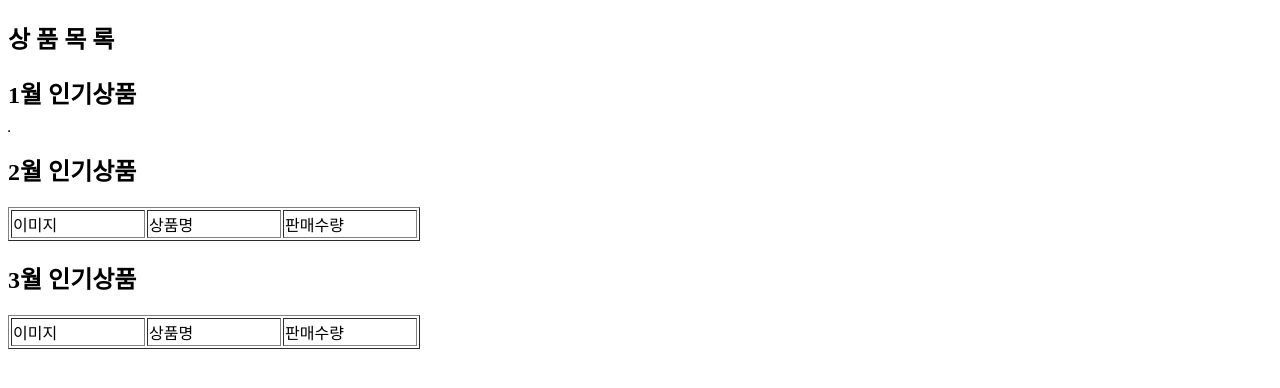
Repository: odasd/jsp
Page: http://localhost/semi/record/record3.jsp
These files come from the project's save history. The page is drawn as it stood at one moment and after the next save; the edit follows.
The browser window is 1280 px wide. The pictures show the whole page.
Some web libraries are served in a nearby version. The page is served by Tomcat 9. Other server files are loaded and not shown. Queries for data that is not in the repository find no rows.

Above is the page before, as saved 2020-06-17 08:53:31.

### semi/WebContent/record/record3.jsp
<%@ page language="java" contentType="text/html; charset=UTF-8"  pageEncoding="UTF-8"%>


<!DOCTYPE html>
<html>
<head>
	<meta charset="UTF-8">
	<title>히히호호</title>
	<script src="http://code.jquery.com/jquery-3.1.1.min.js"></script>
	<script src="https://cdnjs.cloudflare.com/ajax/libs/handlebars.js/3.0.1/handlebars.js"></script>
</head>
<body>
   <div id="divPage">
      <div id="divMenu"></div>
      <div id="divHeader">
         <h2>상 품 목 록</h2>
      </div>
      <div id="haha">
       <h2>1월 인기상품</h2>
       <table id="tbl1" border=1></table>
         <script id="temp1" type="text/x-handlebars-template">
         {{#each array}}
				<div class="box">
					<div class="image"><img src="{{printImage image}}"></div>
					<div class="prod_id">{{productname}}</div>
					<div class="prod_name">{{sold_quantity}}</div>
				</div>
			{{/each}}
      </script>
       <h2>2월 인기상품</h2>
      <table id="tbl2" border=1></table>
         <script id="temp2" type="text/x-handlebars-template">
          <tr class="title">
			<td width=130>이미지</td>
            <td width=130>상품명</td>
            <td width=130>판매수량</td>
          </tr>
         {{#each array}}
          <tr class="row">
			<td><img src="{{printImage image}}"></td>
			<td class="product">{{product_name}}</td>
            <td class="quantity">{{sold_quantity}}</td>
           </tr>
           {{/each}}
      </script>

      <h2>3월 인기상품</h2>
      <table id="tbl3" border=1></table>
         <script id="temp3" type="text/x-handlebars-template">
          <tr class="title">
			<td width=130>이미지</td>
            <td width=130>상품명</td>
            <td width=130>판매수량</td>
          </tr>
         {{#each array}}
          <tr class="row">
			<td><img src="{{printImage image}}"></td>
			<td class="product">{{product_name}}</td>
            <td class="quantity">{{sold_quantity}}</td>
           </tr>
           {{/each}}
      </script>
      </div>
   </div>
</body>
<script>
	var selMonth;

	getList(1);
	getList(2);
	getList(3);


	function getList(selMonth){

    $.ajax({
       type:"get",
       url:"/semi/record/topTen",
       data:{"selMonth":selMonth},
       dataType:"json",
       success:function(data){

          var template = Handlebars.compile($("#temp"+selMonth).html());
          $("#tbl"+selMonth).html(template(data));
       }
       });
    }

	 Handlebars.registerHelper("printImage", function(image){
		 var src;
		 if(!image) src="http://placehold.it/100x60"; else src="/img/product/" + image; return src;
		 });
</script>
</html>

### semi/src/record/RecordServlet.java
package record;

import java.io.IOException;
import java.io.PrintWriter;

import javax.servlet.ServletException;
import javax.servlet.annotation.WebServlet;
import javax.servlet.http.HttpServlet;
import javax.servlet.http.HttpServletRequest;
import javax.servlet.http.HttpServletResponse;

import org.json.simple.JSONObject;

/**
 * Servlet implementation class RecordServlet
 */
@WebServlet(value={"/record/topTen"})
public class RecordServlet extends HttpServlet {
	private static final long serialVersionUID = 1L;


	protected void doGet(HttpServletRequest request, HttpServletResponse response) throws ServletException, IOException {
		response.setContentType("text/html;charset=UTF-8"); //한글깨짐 방지
		PrintWriter out=response.getWriter(); //브라우저에 출력하기 위한 객체
		RecordDAO rdao=new RecordDAO();

		switch(request.getServletPath()) {

		case "/record/topTen" :

			String strMonth=request.getParameter("selMonth");
			int month=Integer.parseInt(strMonth);
			out.println(rdao.list(month));
			break;

		}


	}


	protected void doPost(HttpServletRequest request, HttpServletResponse response) throws ServletException, IOException {

	}

}

### semi/src/record/RecordDAO.java
package record;

import java.sql.PreparedStatement;
import java.sql.ResultSet;

import org.json.simple.JSONArray;
import org.json.simple.JSONObject;

import database.Database;

public class RecordDAO {


	//월별 탑10 상품 출력

	public JSONObject list(int month) {
		JSONObject jObject=new JSONObject();
		try {
			String sql="select img, product_name, sold_quantity\r\n" +
					"from product p, sell_record s\r\n" +
					"where p.product_code=s.product_code and p.category_code=s.category_code and month=?\r\n" +
					"order by sold_quantity desc limit 0, 10";
			PreparedStatement ps=Database.CON.prepareStatement(sql);
			ps.setInt(1, month);
			ResultSet rs=ps.executeQuery();
			JSONArray jArray=new JSONArray();
			while(rs.next()) {
				JSONObject obj=new JSONObject();
				obj.put("img", rs.getString("img"));
				obj.put("product_name", rs.getString("product_name"));
				obj.put("sold_quantity", rs.getInt("sold_quantity"));
				jArray.add(obj);
			}
			jObject.put("array", jArray);
		} catch(Exception e) {
			System.out.println("top10상품목록 : "+e.toString());
		}

		return jObject;
	}

}

### semi/src/database/Database.java
package database;

import java.sql.*;

public class Database {
	public static Connection CON;
	static {
		try {
			Class.forName("com.mysql.jdbc.Driver");
			CON = DriverManager.getConnection("jdbc:mysql://localhost:3306/mydb", "semi", "pass");
			System.out.println("connected");
		} catch (Exception e) {
			System.out.println("connection error: " + e.toString());
		}
	}
}

After the next save:
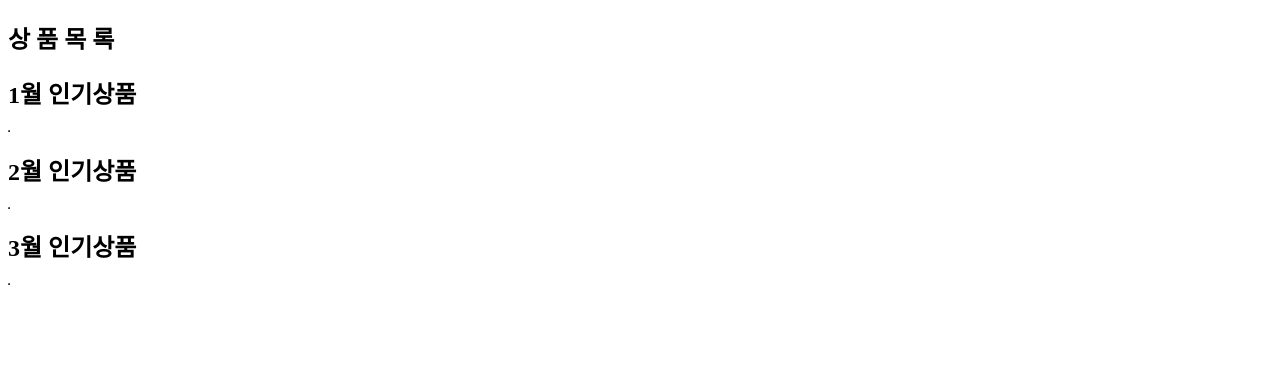
Saved 34 s later.
--- a/semi/WebContent/record/record3.jsp
+++ b/semi/WebContent/record/record3.jsp
@@ -30,34 +30,24 @@
        <h2>2월 인기상품</h2>
       <table id="tbl2" border=1></table>
          <script id="temp2" type="text/x-handlebars-template">
-          <tr class="title">
-			<td width=130>이미지</td>
-            <td width=130>상품명</td>
-            <td width=130>판매수량</td>
-          </tr>
          {{#each array}}
-          <tr class="row">
-			<td><img src="{{printImage image}}"></td>
-			<td class="product">{{product_name}}</td>
-            <td class="quantity">{{sold_quantity}}</td>
-           </tr>
+          <div class="box">
+					<div class="image"><img src="{{printImage image}}"></div>
+					<div class="prod_id">{{productname}}</div>
+					<div class="prod_name">{{sold_quantity}}</div>
+				</div>
            {{/each}}
       </script>
 
       <h2>3월 인기상품</h2>
       <table id="tbl3" border=1></table>
          <script id="temp3" type="text/x-handlebars-template">
-          <tr class="title">
-			<td width=130>이미지</td>
-            <td width=130>상품명</td>
-            <td width=130>판매수량</td>
-          </tr>
          {{#each array}}
-          <tr class="row">
-			<td><img src="{{printImage image}}"></td>
-			<td class="product">{{product_name}}</td>
-            <td class="quantity">{{sold_quantity}}</td>
-           </tr>
+          <div class="box">
+					<div class="image"><img src="{{printImage image}}"></div>
+					<div class="prod_id">{{productname}}</div>
+					<div class="prod_name">{{sold_quantity}}</div>
+				</div>
            {{/each}}
       </script>
       </div>
